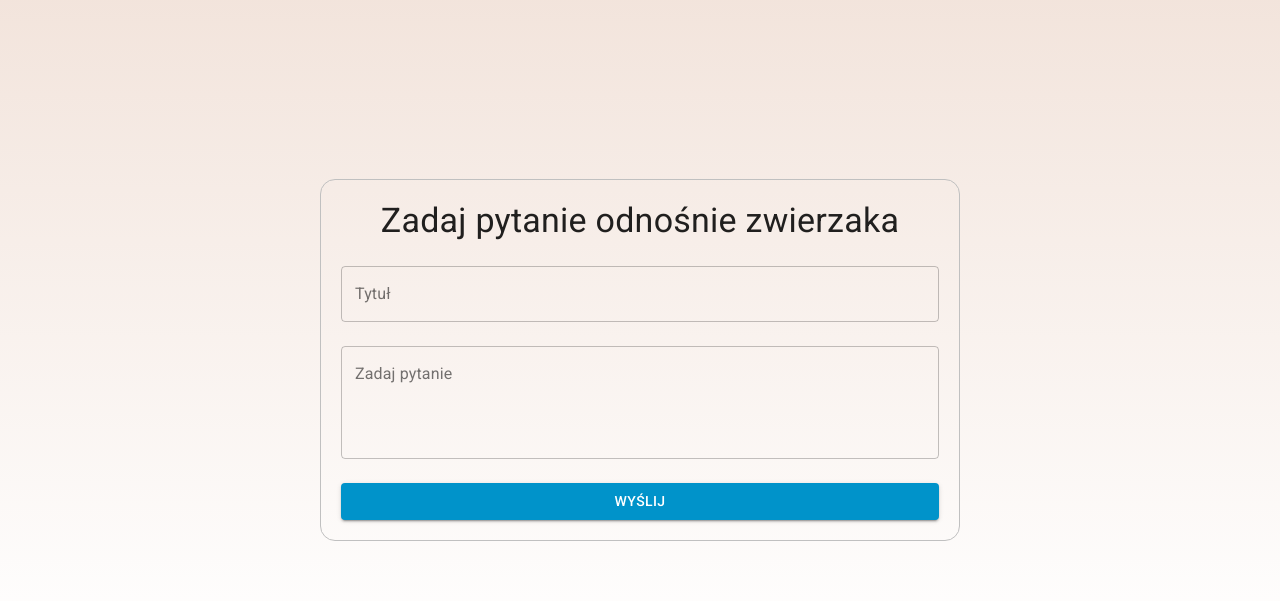
Repository: piotr-bocian/Projekt-5
Page: /
These files come from the project's save history. The page is drawn as it stood at one moment and after the next save; the edit follows.
The browser window is 1280 px wide. The pictures show the whole page.
The project was rebuilt for these pictures with package versions that can differ from the ones it lists, and the page was loaded fresh each time.

Above is the page before, as saved 2021-03-22 18:18:50.

After the next save:
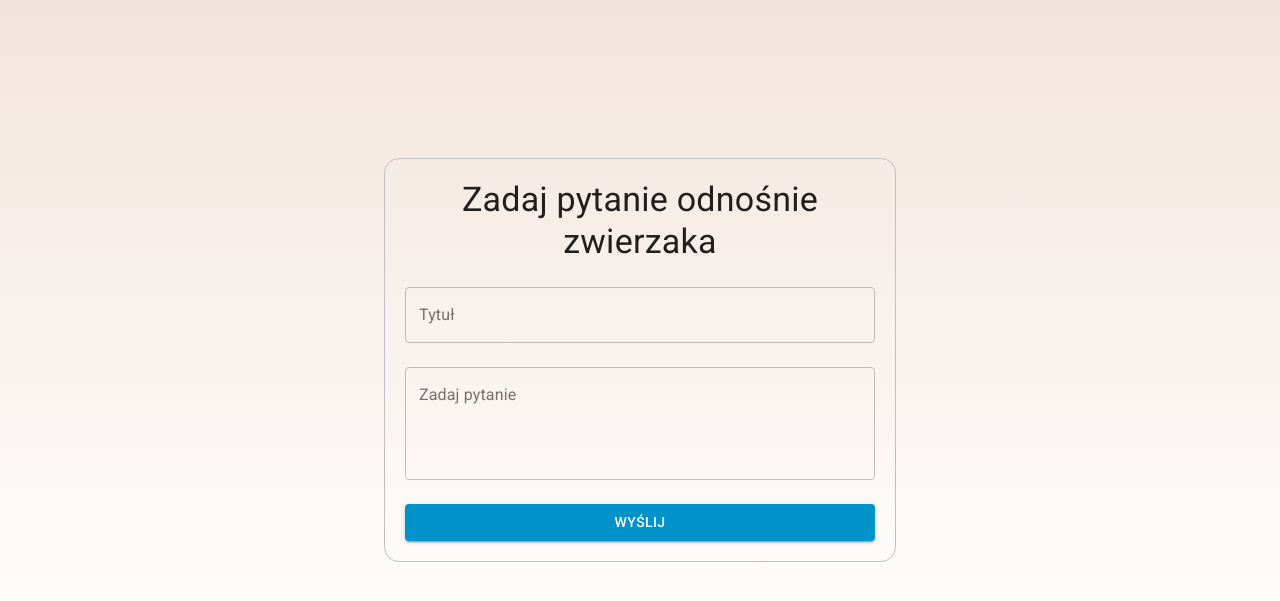
Saved 6 s later.
--- a/src/components/Organisms/AdotpionForm/AdotpionForm.css
+++ b/src/components/Organisms/AdotpionForm/AdotpionForm.css
@@ -1,5 +1,5 @@
 .form{
-    width: 50vw;
+    width: 40vw;
     border-radius: 15px;
     border:1px solid silver;
     padding: 20px;
